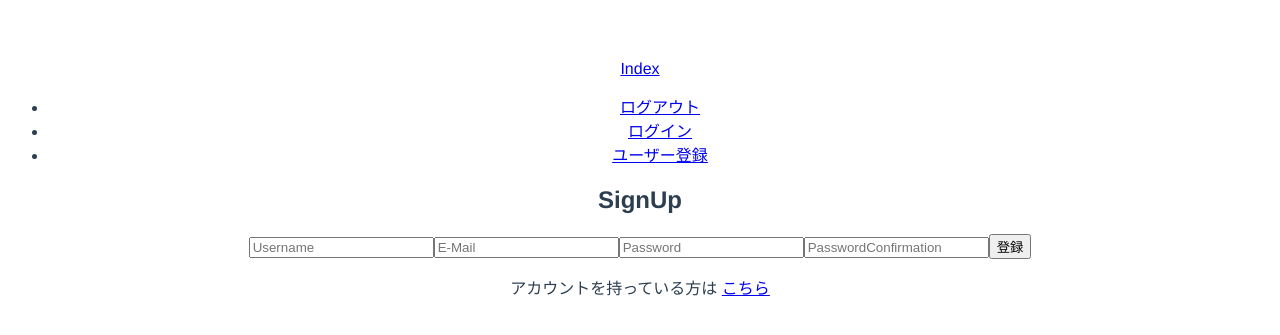
Repository: dododoSA/chat-app
Page: /signup (app in front/)
An editor plug-in stored every save of this project. The page is shown before and after the next save, followed by the edit.
The browser window is 1280 px wide. The pictures show the whole page.
The project was rebuilt for these pictures with package versions that can differ from the ones it lists, and the page was loaded fresh each time. Also part of the build but not shown: front/vue.config.js, front/src/components/HelloWorld.vue, front/src/components/Thread.vue, front/src/components/Channel.vue, front/src/components/Top.vue, front/src/components/Login.vue, front/src/components/NewChannelForm.vue, front/src/components/EditChannelForm.vue.

Above is the page before, as saved 2019-09-08 15:26:12.

### front/src/main.js
import Vue from 'vue'
import App from './App.vue'
import router from './router'
import store from './store'

Vue.config.productionTip = false
Vue.config.devtools = true

new Vue({
  store,
  router,
  render: h => h(App),
}).$mount('#app')

### front/src/App.vue
<template>
  <div id="app">
    <nav class="navbar navbar-expand navbar-dark bg-dark">
      <router-link to="/">Index</router-link>
      <ul class="navbar-nav mr-auto">
        <li class="nav-item">
            <a href="#" class="nav-link">ログアウト</a>
        </li>
        <li class="nav-item">
          <router-link to="/login">ログイン</router-link>
        </li>
        <li class="nav-item">
          <router-link to="/signup">ユーザー登録</router-link>
        </li>
      </ul>
    </nav>

    <router-view></router-view>
  </div>
</template>

<script>
import HelloWorld from './components/HelloWorld.vue'

export default {
  name: 'app',
  components: {
    HelloWorld
  }
}
</script>

<style>
#app {
  font-family: 'Avenir', Helvetica, Arial, sans-serif;
  -webkit-font-smoothing: antialiased;
  -moz-osx-font-smoothing: grayscale;
  text-align: center;
  color: #2c3e50;
  margin-top: 60px;
}
</style>

### front/src/router.js
import Vue from 'vue'
import VueRouter from 'vue-router'
import store from './store/index'

import Top from './components/Top'
import Login from './components/Login'
import Signup from './components/Signup'
import NewChannelForm from './components/NewChannelForm'
import Channel from './components/Channel'
import EditChannelForm from './components/EditChannelForm'

Vue.use(VueRouter);

const router = new VueRouter({
    mode: 'history',
    routes: [
        {
            path: '/',
            name: 'Top',
            component:Top
        },
        {
            path: '/login',
            name: 'Login',
            component: Login
        },
        {
            path: '/signup',
            name: 'Signup',
            component: Signup
        },
        {
            path: '/channel/new',
            component: NewChannelForm
        },
        {
            path: '/channel/:name/edit',
            name: 'EditChannelForm',
            component: EditChannelForm
        },
        {
            path: '/channel/:name',
            name: 'Channel',
            component: Channel
        }
    ]
})

export default router

### front/src/store/index.js
import Vue from 'vue'
import Vuex from 'vuex'
import axios from 'axios'

Vue.use(Vuex)

const store = () => new Vuex.Store({
    state: {
        username: ''
    },
    getters: {
        getUsername: (state, getters) => () => {
            return state.username
        }
    },
    mutations: {
        setMe(state, payload) {
            state.username = payload.username
        }
    },
    actions: {
        getMe() {
            const payload = {
                username: ''
            }
            axios.get('/get_me')
                .then(function(response) {
                    payload.username = response.data
                    context.commit('setMe', payload)
                })
                .catch(function(error) {
                    console.log(error)
                })
        }
    }
})

export default store

### front/src/components/Signup.vue
<template>
    <div class="signup">
        <h2>SignUp</h2>

        <input type="text" placeholder="Username" v-model="username">
        <input type="text" placeholder="E-Mail" v-model="email">
        <input type="password" placeholder="Password" v-model="password">
        <input type="password" placeholder="PasswordConfirmation" v-model="passwordConfirmation">
        <button @click="signUp">登録</button>
        <p>
            アカウントを持っている方は
            <router-link to="/login">こちら</router-link>
        </p>
    </div>
</template>

<script>
import axios from 'axios'

export default {
    name: 'Signup',
    data: () => {
        return {
            username: '',
            email: '',
            password: '',
            passwordConfirmation: ''
        }
    },
    methods: {
        signUp: function() {
            let _this = this
            const data = {
                username : this.username,
                email: this.email,
                password : this.password,
                passwordConfirmation: this.passwordConfirmation
            }

            if (this.username != '' && this.password != '' && this.email.email != '') {
                axios.post('/register', data)
                    .then(function(response) {
                        _this.$router.push({name: 'Top'})
                    })
                    .catch(function(error) {
                        console.log(error)
                    })
            }
        }
    }
}
</script>

Loaded but not shown: front/public/index.html (common file)

After the next save:
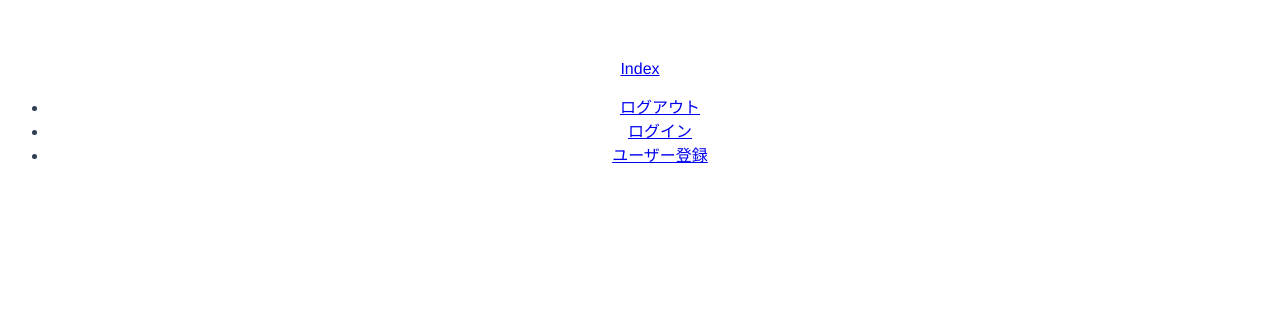
Saved 2 min 24 s later.
--- a/front/src/router.js
+++ b/front/src/router.js
@@ -46,4 +46,9 @@
     ]
 })
 
+router.beforeEach((to, from, next) => {
+    store.dispatch('getMe')
+    next()
+})
+
 export default router

After the save that followed:
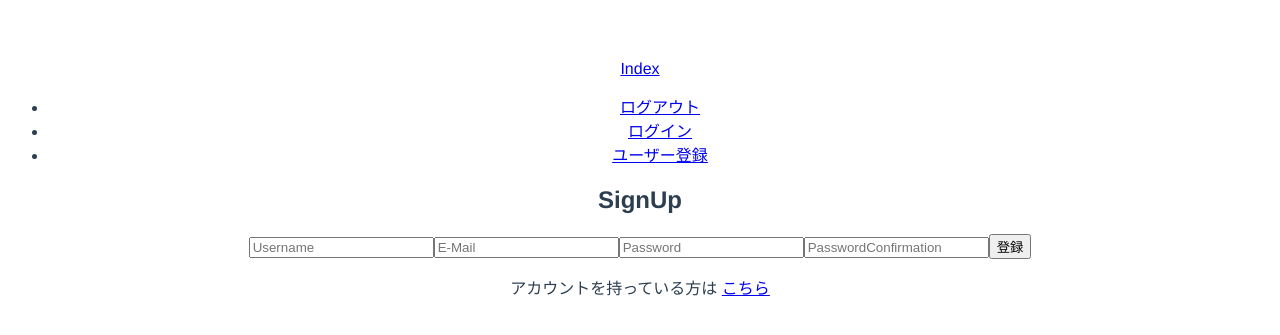
Saved 7 min 10 s later.
--- a/front/src/router.js
+++ b/front/src/router.js
@@ -46,9 +46,4 @@
     ]
 })
 
-router.beforeEach((to, from, next) => {
-    store.dispatch('getMe')
-    next()
-})
-
 export default router
